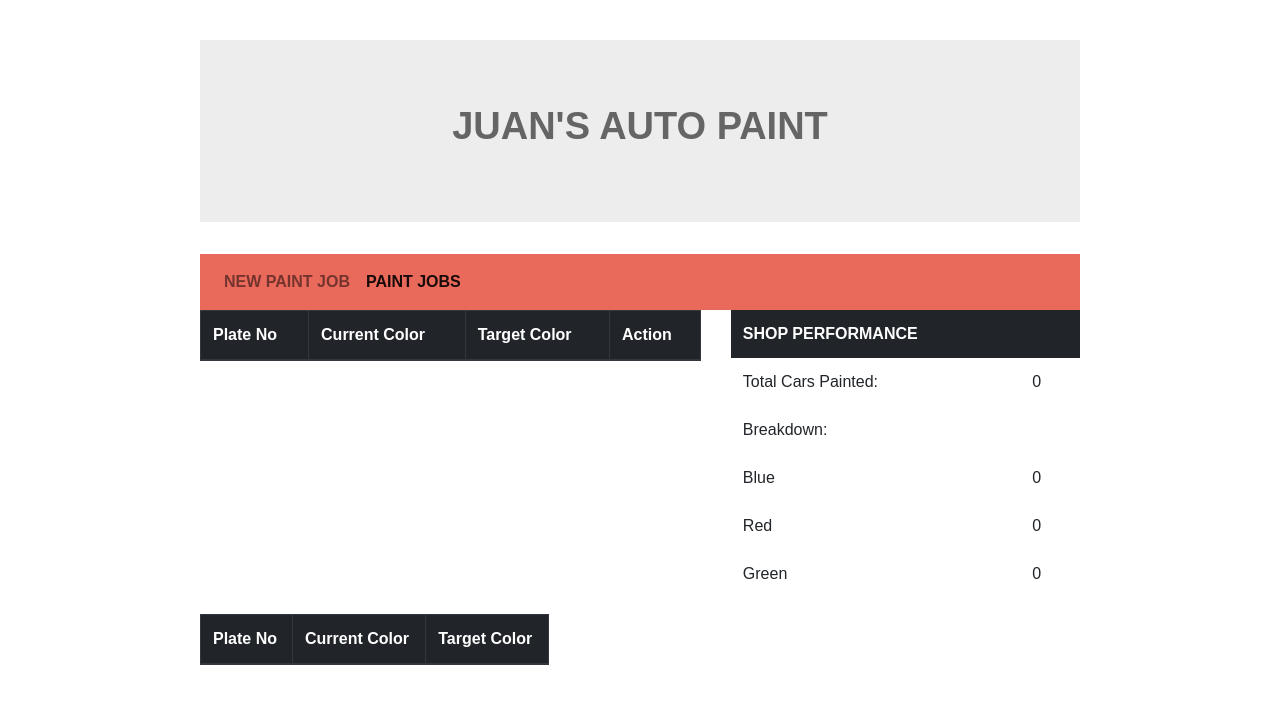
Repository: soycaringal/paint-job
Page: http://localhost/jobs
The author's editor kept a copy of each file at every save. The page is drawn from the files as they stood at one save, then again after the next save.
The browser window is 1280 px wide. The pictures show the whole page.
The page is served by the project's Laravel application, run on PHP 8.4 with Laravel 8. Queries for data that is not in the repository find no rows.

Above is the page before, as saved 2020-02-23 17:08:35.

After the next save:
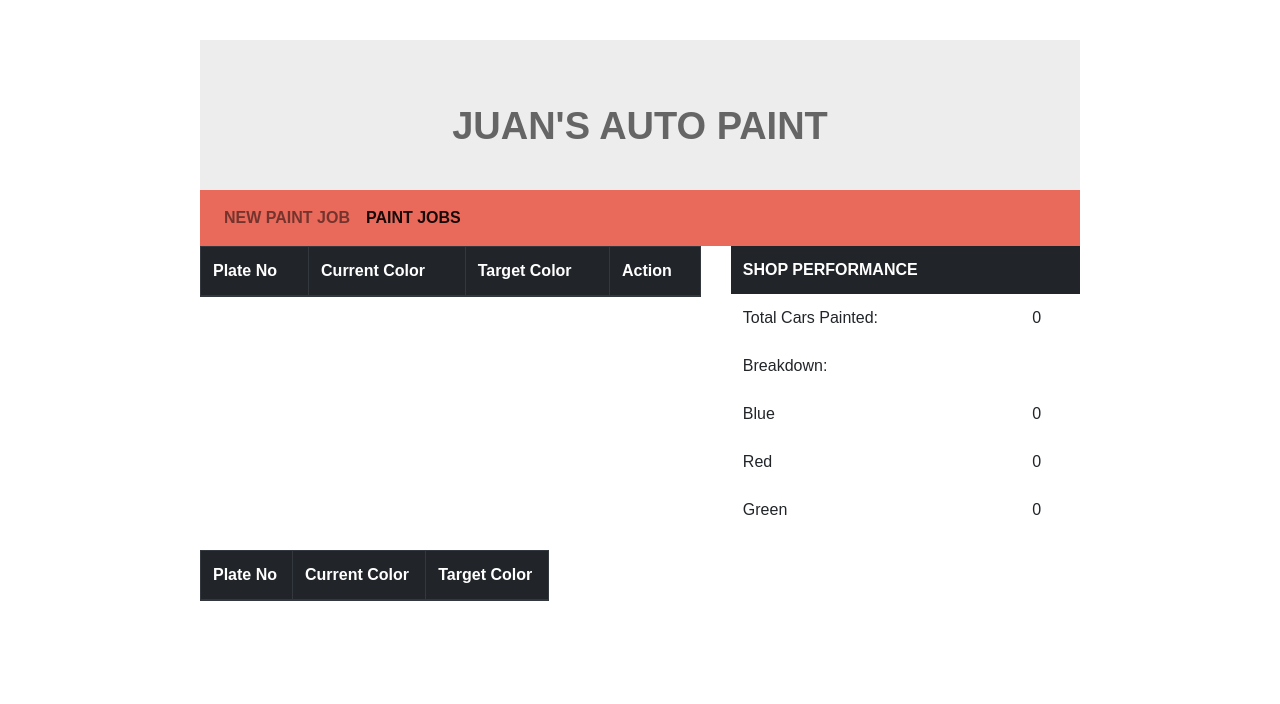
Saved 6 min 35 s later.
--- a/public/css/main.css
+++ b/public/css/main.css
@@ -8,6 +8,8 @@ header {
 header .jumbotron {
     border-radius: 0;
     background-color: #ededed;
+    height: 150px;
+    margin-bottom: 0;
 }
 
 header h1 {
